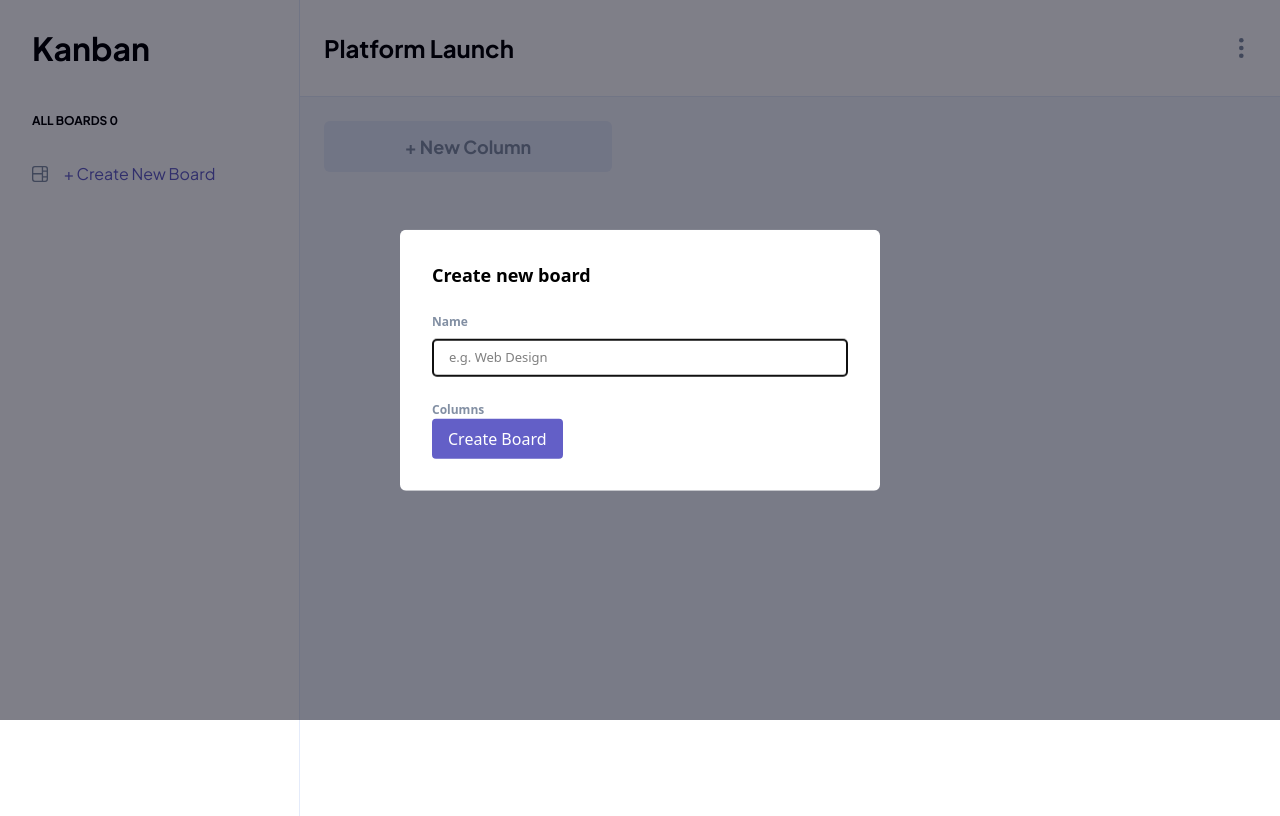
Repository: Baraajad231/Kanban-Board
Page: /, after clicking the first element matching `button.w-full`
An editor plug-in stored every save of this project. The page is shown before and after the next save, followed by the edit.
The browser window is 1280 px wide. The pictures show the whole page.
The project was rebuilt for these pictures with package versions that can differ from the ones it lists, and the page was loaded fresh each time. Also part of the build but not shown: vite.config.js, src/components/Card.jsx, src/components/Column.jsx.

Above is the page before, as saved 2026-03-25 18:02:46.

After the next save:
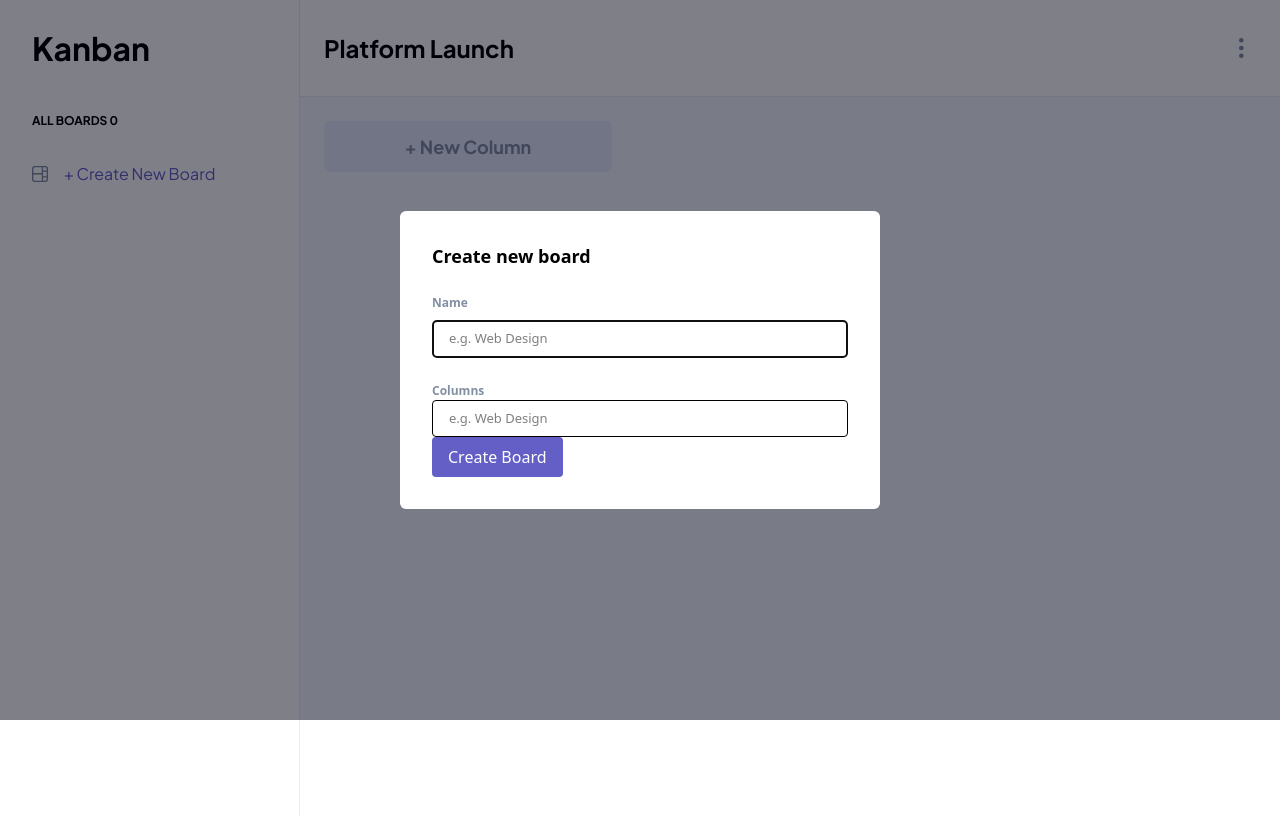
Saved 23 s later.
--- a/src/components/AddNewBoardForm.jsx
+++ b/src/components/AddNewBoardForm.jsx
@@ -10,6 +10,9 @@ const AddNewBoardForm = () => {
       <div className="flex flex-col gap-2">
         <h3 className="text-body-m text-medium-grey pt-6">Columns </h3>
       </div>
+      <div>
+        <TextField placeholder="e.g. Web Design" name="columnName" required />
+      </div>
       <button className="bg-main-purple rounded px-4 py-2 text-white">
         Create Board
       </button>
